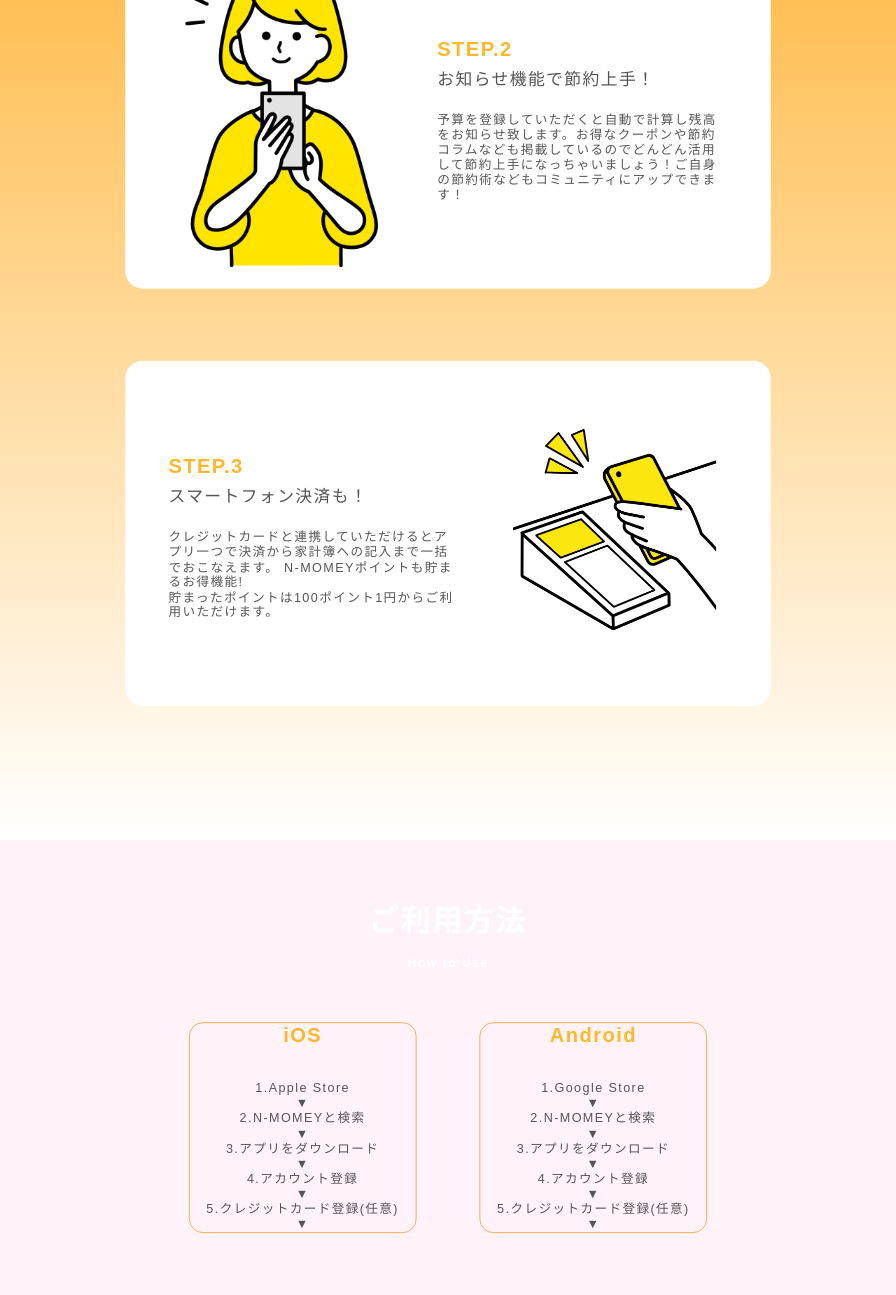
Repository: nozomi-23/lp2_test
Page: index.html
The author's editor kept a copy of each file at every save. The page is drawn from the files as they stood at one save, then again after the next save.
The browser window is 1280 px wide. The pictures show the part of the page from y = 1979 to 3899 px (the page is 3829 px tall before and 3899 px after), at 70% of full size.
Some web fonts or font styles are not loaded; a fallback is used.

Above is the page before, as saved 2022-06-18 15:41:01.

### index.html
<!DOCTYPE html>
<html lang="ja">
<head>
  <meta charset="UTF-8">
  <title>家計簿アプリ「N-MONEY」</title>
  <meta name="description" content="「人生をコードと共に」というビジョンを達成するべく、皆さんのプログラミング学習をサポートします。">
  <meta name="keywords" content="家計簿,アプリ,おすすめ">
  <meta name="viewport" content="width=device-width, initial-scale=1.0">
  <meta property="og:title" content="家計簿アプリ「N-MONEY」">
  <meta property="og:type" content="article">
  <meta property="og:url" content="https://withcode-plus.tech">
  <meta property="og:image" content="img/logo.png">
  <meta property="og:description" content="カンタン家計簿アプリ 「N-MONEY」でお得に楽に家計管理。">
  <meta property="og:site_name" content="家計簿アプリ">
  <link rel="icon" href="favicon.ico">
  <link rel="apple-touch-icon" sizes="180x180" href="img/logo.png">
  <link rel="preconnect" href="https://fonts.googleapis.com">
  <link rel="preconnect" href="https://fonts.gstatic.com" crossorigin>
  <link
    href="https://fonts.googleapis.com/css2?family=M+PLUS+1p:wght@400;500;700&family=Noto+Sans+JP:wght@400;500&display=swap"
    rel="stylesheet">
  <link rel="stylesheet" type="text/css" href="css/reset.css">
  <link rel="stylesheet" type="text/css" href="css/common.css">
</head>
<body>
  <!-- ========== header -->
  <header>
    <div class="header_inner">
      <h1 class="header_logo">
        <a href="#"><img src="img/logo.png" alt="ロゴ画像"></a>
      </h1>
      <nav class="header_nav">
        <ul class="header_list">
          <li class="header_item">
            <a href="#introduction">アプリ紹介</a>
          </li>
          <li class="header_item">
            <a href="#how">ご利用方法</a>
          </li>
          <li class="header_item">
            <a href="#fqa">よくある質問</a>
          </li>
          <li class="header_item">
            <a href="#news">お知らせ</a>
          </li>
          <li class="header_item heder_btn">
            <a href="#contact">お問い合わせ</a>
          </li>
        </ul>
      </nav>
      <div class="drawer"></div>
    </div>
  </header>
  <!-- ========== top -->
  <section class="top_section">
    <div class="inner">
      <div class="top_wrapper">
        <div class="top_left">
          <h2 class="title">
            <p>〜 簡単家計簿アプリ 〜</p><br>
            <span>N-MONEY Mobile</span>
          </h2>
          <div class="download">
            <div class="download_apple">
              <a href="https://www.apple.com/jp/app-store/">
                <img src="img/apple.png" alt="Apple Store">
              </a>
            </div>
            <div class="download_google">
              <a href="https://play.google.com/store/apps?hl=ja&gl=US">
                <img src="img/google.png" alt="Google Store">
              </a>
            </div>
          </div>
        </div>
        <div class="top_right">
          <img src="img/top.png" alt="トップ画像">
        </div>
      </div>
    </div>
  </section>
    <!-- ========== feature -->
    <div class="inner">

      <div class="feature_txt">
        <h3 class="feature_ttl">家でも外でもラクラク管理<br>
        N-MOMEY Mobileとは</h3>
        <p>N-MOMEY
        Mobileとはご自宅でも外出先でも簡単に家計を管理できるサービスです。カテゴリ別の支出、予算管理だけでなくクレジットカードの連結により、レジでのお支払い・支出管理を自動で更新してくれます。予算に対してのお知らせ機能で使いすぎを防ぎます。めんどくさい計算・管理はN-MOMEY
        Mobileにおまかせください!</p>
      </div>

    </div>
<!-- ========== Introduction -->
<section class="intro section" id="introduction">
  <div class="inner">
    <h4 class="common_ttl">アプリ紹介<br><small>Introduction</small></h4>
    <div class="intro_wrapper">
      <div class="intro_wrapper_left">
        <h5 class="intro_txt"><strong>STEP.1</strong><br>
          いつでもどこでもカンタン管理！</h5>
          <p>レシートの管理が大変・・<br>
          いつ支払ったか忘れてしまった・・<br>
          そんなお悩みをすぐに解決します！支払ったらスマホにすぐ記入、カンタンな操作でカテゴリや日付の管理でめんどくさい家計管理のお手伝いをします。</p>
      </div>
      <div class="intro_wrapper_right">
        <img src="img/step1.png" alt="スマートフォンの画像">
      </div>
    </div>
    <div class="intro_wrapper intro_wrapper_revers">
      <div class="intro_wrapper_left ">
        <h5 class="intro_txt"><strong>STEP.2</strong><br>
          お知らせ機能で節約上手！</h5>
        <p>予算を登録していただくと自動で計算し残高をお知らせ致します。お得なクーポンや節約コラムなども掲載しているのでどんどん活用して節約上手になっちゃいましょう！ご自身の節約術などもコミュニティにアップできます！
          </p>
      </div>
      <div class="intro_wrapper_right">
        <img src="img/step2.png" alt="スマートフォンの画像">
      </div>
    </div>
    <div class="intro_wrapper">
      <div class="intro_wrapper_left">
        <h5 class="intro_txt"><strong>STEP.3</strong><br>
          スマートフォン決済も！</h5>
        <p>クレジットカードと連携していただけるとアプリ一つで決済から家計簿への記入まで一括でおこなえます。
        N-MOMEYポイントも貯まるお得機能!<br>
        貯まったポイントは100ポイント1円からご利用いただけます。</p>
      </div>
      <div class="intro_wrapper_right">
        <img src="img/step3.png" alt="スマートフォンの画像">
      </div>
    </div>
  </div>
</section>
<!-- ========== how -->
<section class="how section" id="how">
  <div class="inner">
    <h4 class="common_ttl">ご利用方法<br><small>How to Use</small></h4>
    <div class="how_wrapper">
      <div class="how_wrapper_item">
        <h5>iOS</h5>
        <ul>
          <li>1.Apple Store</li>
          <p>▼</p>
          <li>2.N-MOMEYと検索</li>
          <p>▼</p>
          <li>3.アプリをダウンロード</li>
          <p>▼</p>
          <li>4.アカウント登録</li>
          <p>▼</p>
          <li>5.クレジットカード登録(任意)</li>
          <p>▼</p>
        </ul>
      </div>
      <div class="how_wrapper_item">
        <h5>Android</h5>
        <ul class="how_list">
          <li>1.Google Store</li>
          <p>▼</p>
          <li>2.N-MOMEYと検索</li>
          <p>▼</p>
          <li>3.アプリをダウンロード</li>
          <p>▼</p>
          <li>4.アカウント登録</li>
          <p>▼</p>
          <li>5.クレジットカード登録(任意)</li>
          <p>▼</p>
        </ul>
      </div>
    </div>
  </div>
</section>
</body>
</html>

### css/reset.css
@charset "UTF-8";

html,
body,
div,
span,
object,
iframe,
h1,
h2,
h3,
h4,
h5,
h6,
p,
blockquote,
pre,
abbr,
address,
cite,
code,
del,
dfn,
em,
img,
ins,
kbd,
q,
samp,
small,
strong,
sub,
sup,
var,
b,
i,
dl,
dt,
dd,
ol,
ul,
li,
fieldset,
form,
label,
legend,
table,
caption,
tbody,
tfoot,
thead,
tr,
th,
td,
article,
aside,
canvas,
details,
figcaption,
figure,
footer,
header,
hgroup,
menu,
nav,
section,
summary,
time,
mark,
audio,
video {
  margin: 0;
  padding: 0;
  border: 0;
  outline: 0;
  font-size: 100%;
  vertical-align: baseline;
  background: transparent;
}

body {
  line-height: 1;
}

article,
aside,
details,
figcaption,
figure,
footer,
header,
hgroup,
menu,
nav,
section {
  display: block;
}

nav ul {
  list-style: none;
}

blockquote,
q {
  quotes: none;
}

blockquote:before,
blockquote:after,
q:before,
q:after {
  content: '';
  content: none;
}

a {
  margin: 0;
  padding: 0;
  font-size: 100%;
  vertical-align: baseline;
  background: transparent;
}

/* change colours to suit your needs */
ins {
  background-color: #ff9;
  color: #000;
  text-decoration: none;
}

/* change colours to suit your needs */
mark {
  background-color: #ff9;
  color: #000;
  font-style: italic;
  font-weight: bold;
}

del {
  text-decoration: line-through;
}

abbr[title],
dfn[title] {
  border-bottom: 1px dotted;
  cursor: help;
}

table {
  border-collapse: collapse;
  border-spacing: 0;
}

/* change border colour to suit your needs */
hr {
  display: block;
  height: 1px;
  border: 0;
  border-top: 1px solid #cccccc;
  margin: 1em 0;
  padding: 0;
}

input,
select {
  vertical-align: middle;
}

### css/common.css
@charset "UTF-8";

body {
  font-size: 18px;
  line-height: 1.2;
  letter-spacing: 2px;
  word-break: break-all;
  color: #555;
  font-family: 'M PLUS 1p', sans-serif ,
  'Noto Sans JP', sans-serif;
}
li {
  list-style: none;
}
a {
  text-decoration: none;
  color: #333;
}
/* ===================
共通レイアウト
======================*/
.section {
  padding: 7% 0;
  position: relative;
  background-color: rgba(255, 105, 180, 0.085);
}
.inner {
  width: 80%;
  margin: 0 auto;
  /* background-color: rgb(221, 240, 240); */
}
/* ===================
共通パーツ
======================*/
.common_ttl {
  text-align: center;
  color: #5A5757;
  font-size: 2.7rem;
  margin-bottom: 6.5%;
}
.common_ttl small {
  font-size: 1.1rem;
}

/* ===================
header
======================*/
.header_inner {
  width: 90%;
  height: 15vh;
  margin: 0 auto;
  display: flex;
  justify-content: space-between;
  align-items: center;
}
.header_logo {
  position: fixed;
  top: 1rem;
  z-index: 3;
}
.header_logo img {
  width: 100%;
  height: 100%;
}
.header_nav {
  margin-left: auto;
}
.header_list {
  display: flex;
  justify-content: flex-end;
  align-items: center;
}
.header_list li {
  margin-left: 1.8rem;
}
.header_list li a:hover {
  opacity: 0.5;
}
.heder_btn a{
  background: #FFB72B;
  color: #fff;
  line-height: 3;
  border-radius: 15px;
  display: inline-block;
  padding: 0 1.8rem;
}
/* ===================
top
======================*/
.top_wrapper {
  margin-top: 10%;
  height: auto;
  display: flex;
  justify-content: space-evenly;
  align-items: center;
}
.top_left {
  text-align: center;
  width: 50%;
  height: auto;
}
.title p{
  font-size: 1.7rem;
  font-weight: 400;
  margin-bottom: 2%;
  color: #333;
}
.title span {
  font-size: 3.5rem;
  color: #FFB72B;
  font-weight: bold;
}
.download {
  display: flex;
  align-items: center;
  justify-content: space-evenly;
  margin-top: 10%;
}
.download_apple {
  width: 35%;
}
.download_apple img {
  width: 100%;
  height: 100%;
}
.download_google {
  width: 35%;
}
.download_google img {
  width: 100%;
  height: 100%;
}
.top_right {
  width: 42%;
  height: auto;
}
.top_right img {
  width: 100%;
  height: 100%;

}
/* ===================
feature
======================*/
.feature_txt {
  width: 90%;
  margin-bottom: 10%;
}
.feature_ttl {
  font-size: 1.9rem;
  color: #FFB72B;
  font-weight: 400;
  margin: 5% 0 2% 0;
  line-height: 1.5;
}
.feature_ttl::after {
  content: "";
  display: inline-block;
  width: 100px;
  height: 2px;
  background: #FFB72B;
  margin-left: 2%;
  vertical-align: middle;
}
.feature_txt p {
  color: #333;
}
/* ===================
Introduction
======================*/
.intro {
  background: linear-gradient(180deg, #FFAD23 27.08%, rgba(255, 173, 35, 0) 100%);
}
.common_ttl:first-child {
  color: #fff;
}
.intro_wrapper {
  width: 90%;
  height: 60vh;
  display: flex;
  align-items: center;
  justify-content: space-evenly;
  background: #fff;
  border-radius: 25px;
  margin: 0 auto;
  padding: 3% 0;
  margin-bottom: 10%;
}
.intro_wrapper_left {
  width: 45%;
  height: auto;
}
.intro_txt {
  font-size: 1.5rem;
  font-weight: 500;
  margin-bottom: 8%;
}
.intro_txt strong {
  font-weight: bold;
  color: #FFB72B;
  font-size: 1.8rem;
  margin-top: 1rem;
  line-height: 2;
}
.intro_wrapper_right {
width: 35%;
height: auto;
text-align: center;
}
.intro_wrapper_right img {
  max-width: 90%;

}
.intro_wrapper_revers {
  display: flex;
  flex-direction: row-reverse;
}
/* ===================
how
======================*/
.how_wrapper {
  width: 90%;
  margin: 0 auto;
  display: flex;
  justify-content: space-evenly;
}
.how_wrapper_item {
  width: 35%;
  text-align: center;
  border: 1px solid #EB9515;
  border-radius: 20px;
}
.how_wrapper_item h5{
  color: #FFB72B;
  font-size: 1.8rem;
  margin-bottom: 15%;
}
.how_list li a{

  padding: 2%;
  border-bottom: solid 1px #555;
}

After the next save:
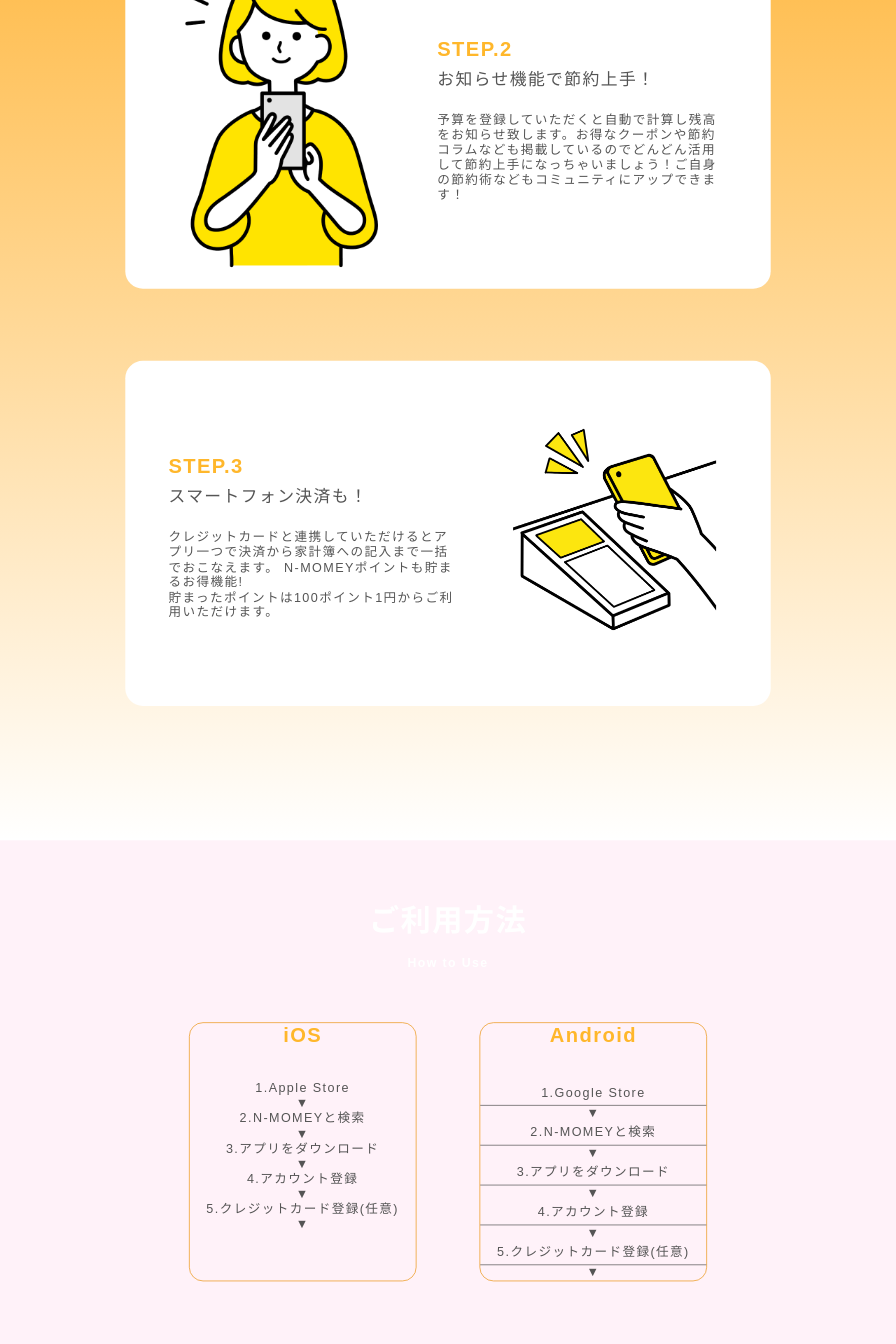
Saved 4 s later.
--- a/css/common.css
+++ b/css/common.css
@@ -235,7 +235,7 @@ how
   font-size: 1.8rem;
   margin-bottom: 15%;
 }
-.how_list li a{
+.how_list li {
 
   padding: 2%;
   border-bottom: solid 1px #555;
